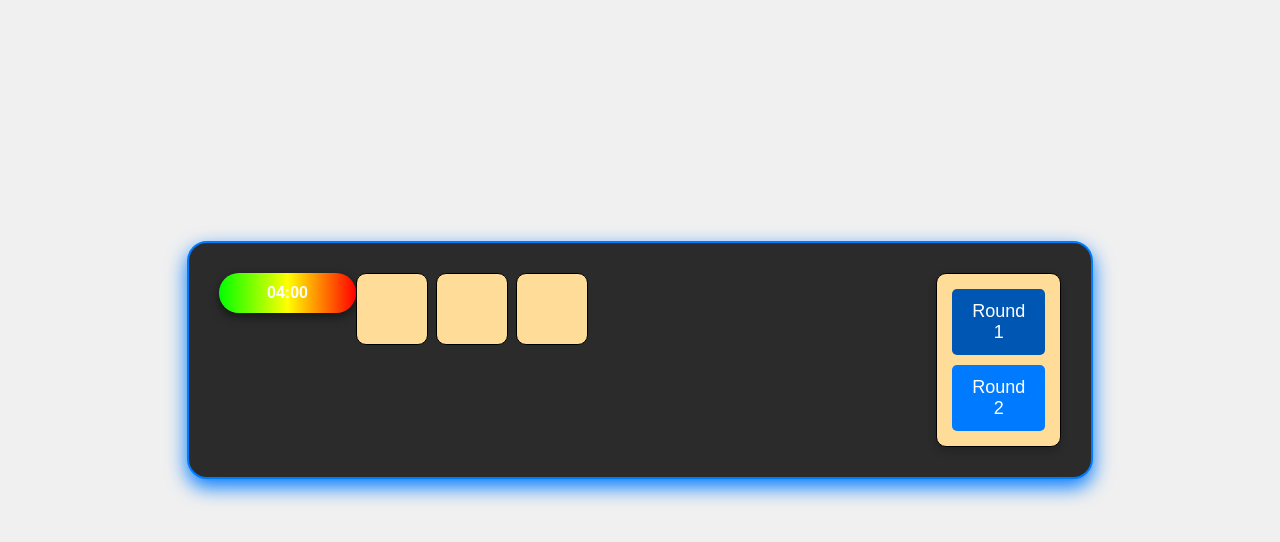
Repository: radisyah/THE_BRAIN_STORM
Page: Broken Link.html
These files come from the project's save history. The page is drawn as it stood at one moment and after the next save; the edit follows.
The browser window is 1280 px wide. The pictures show the whole page.

Above is the page before, as saved 2024-11-11 11:29:58.

After the next save:
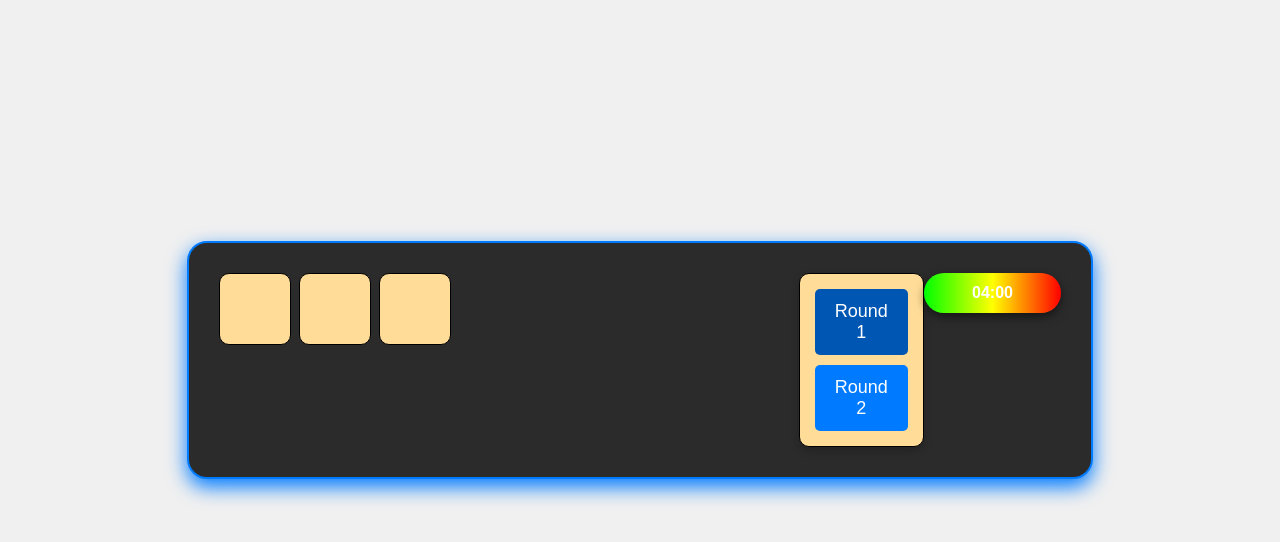
Saved 9 s later.
--- a/Broken Link.html
+++ b/Broken Link.html
@@ -240,10 +240,6 @@
 
 
 <div class="container">
-    <div class="timer-container">
-        <div id="timer">04:00</div>
-        <div class="timer-bar"></div>
-    </div>
     <div class="grid-container" id="gridContainer">
         <!-- Grid will be inserted dynamically here -->
     </div>
@@ -253,6 +249,10 @@
             <button class="question-button" data-round="2" onclick="loadQuestion(2)">Round 2</button>
 
         </div>
+    </div>
+    <div class="timer-container">
+        <div id="timer">04:00</div>
+        <div class="timer-bar"></div>
     </div>
 </div>
 
